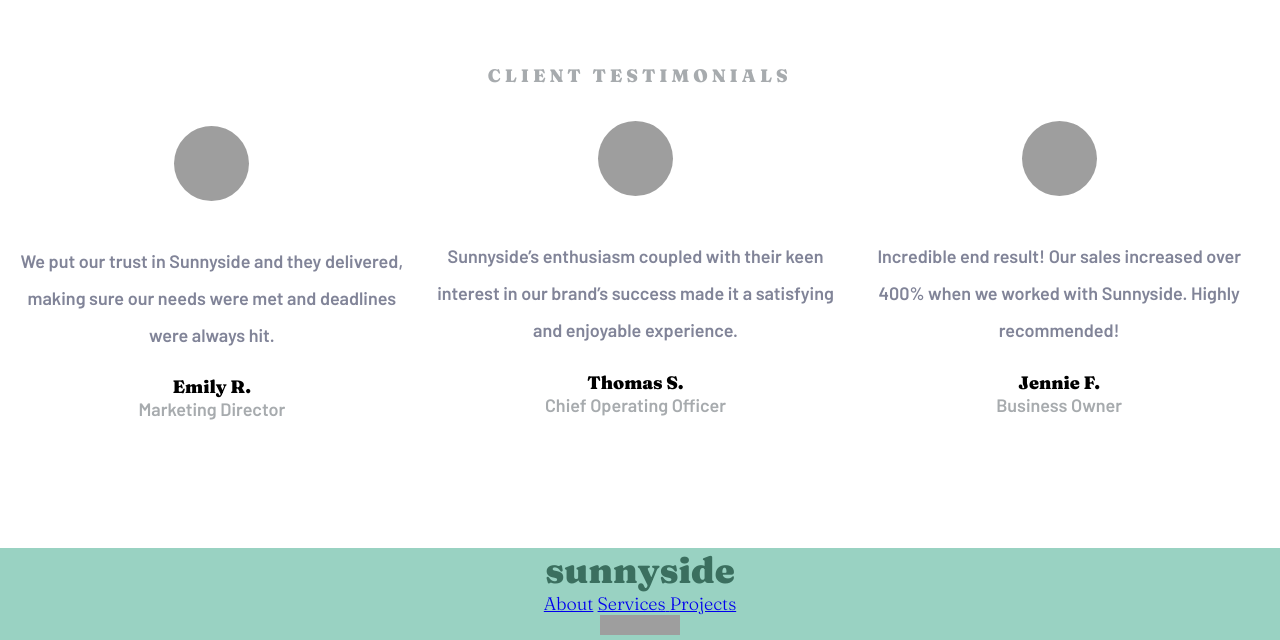
Repository: Roshanell/Sunny-Side-Agency
Page: index.html
An editor plug-in stored every save of this project. The page is shown before and after a run of saves, followed by the edit.
The browser window is 1280 px wide. The pictures show the part of the page from y = 2160 to 2800 px (the page is 2800 px tall before and 2791 px after).
Pictures or frames that could not be fetched are drawn as grey boxes. Some web libraries are served in a nearby version.

Above is the page before, as saved 2022-07-07 14:21:38.

After the next 2 saves:
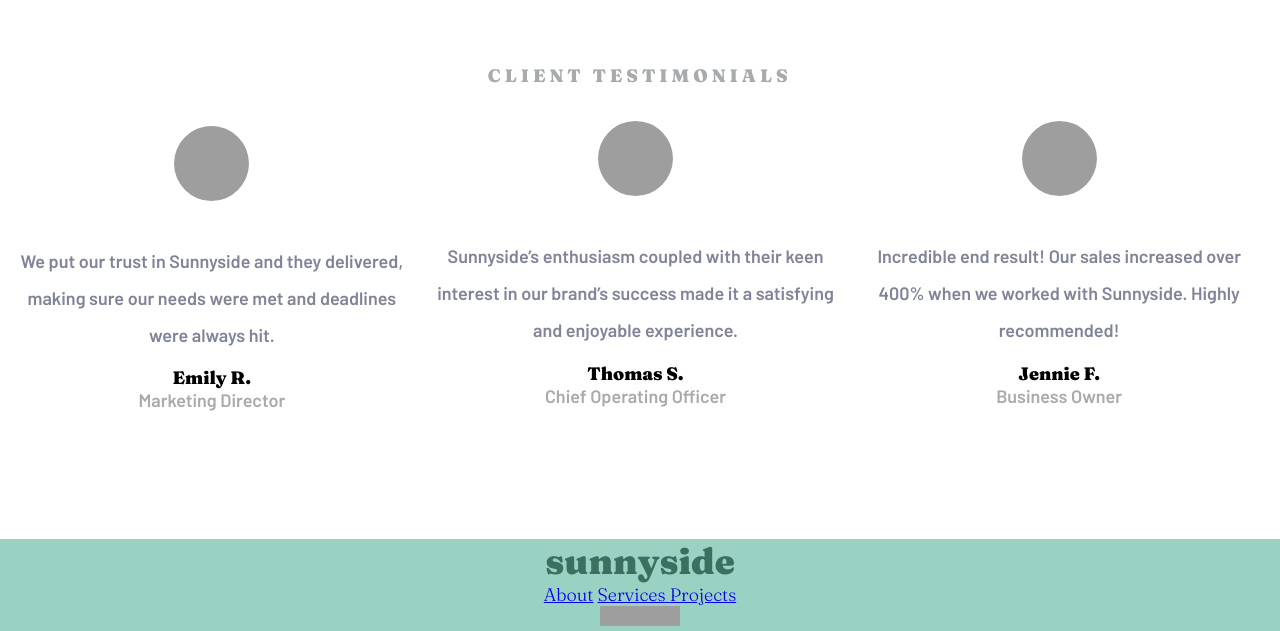
The 2 saves are shown as one change because they came seconds apart.
The last was saved 5 s later.
--- a/css/style.css
+++ b/css/style.css
@@ -352,10 +352,10 @@
     margin-top: 6.5%;
     /* border: 1px solid pink; */
   }
-.name{
-  display: block;
-  margin-top
-}
+  .name {
+    display: block;
+    margin-top: 3%;
+  }
   .footer {
     float: left;
     width: 100%;

After the save that followed:
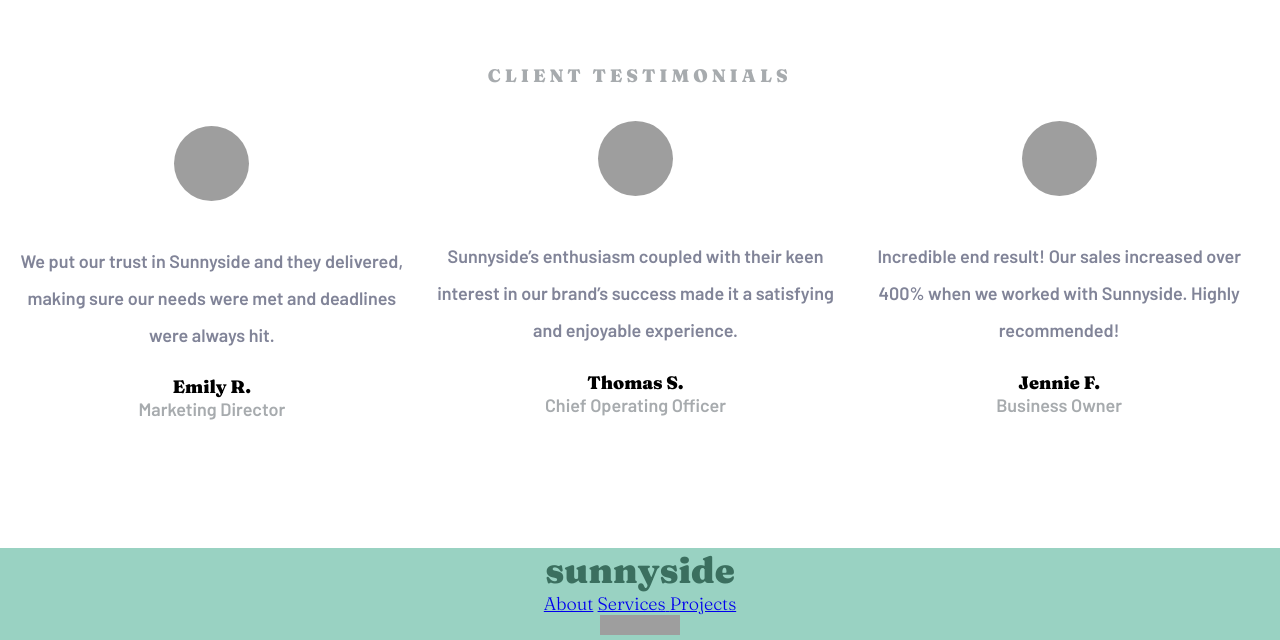
Saved 31 s later.
--- a/css/style.css
+++ b/css/style.css
@@ -354,7 +354,7 @@
   }
   .name {
     display: block;
-    margin-top: 3%;
+    margin-top: 5%;
   }
   .footer {
     float: left;
